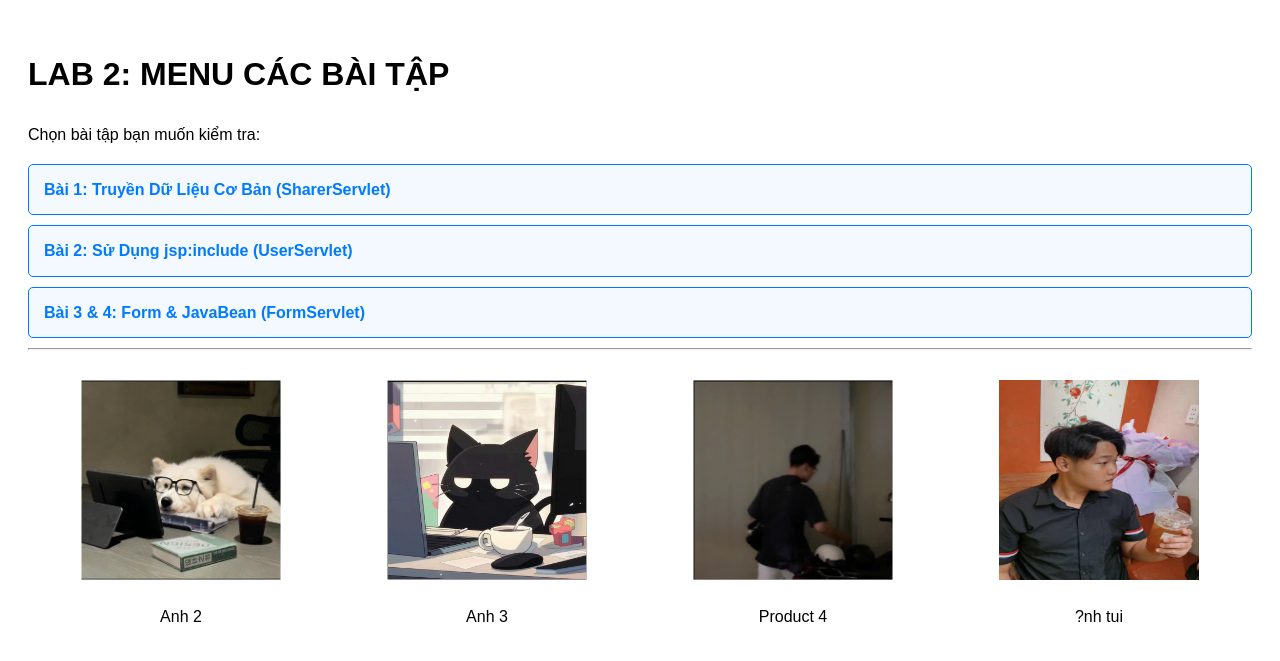
Repository: anhb287/Lab1_8_JAV101
Page: http://localhost/Lab2_TV00062_JAV101/index.jsp
An editor plug-in stored every save of this project. The page is shown before and after the next save, followed by the edit.
The browser window is 1280 px wide. The pictures show the whole page.
The page is served by Tomcat 10.

Above is the page before, as saved 2025-11-10 17:51:18.

After the next save:
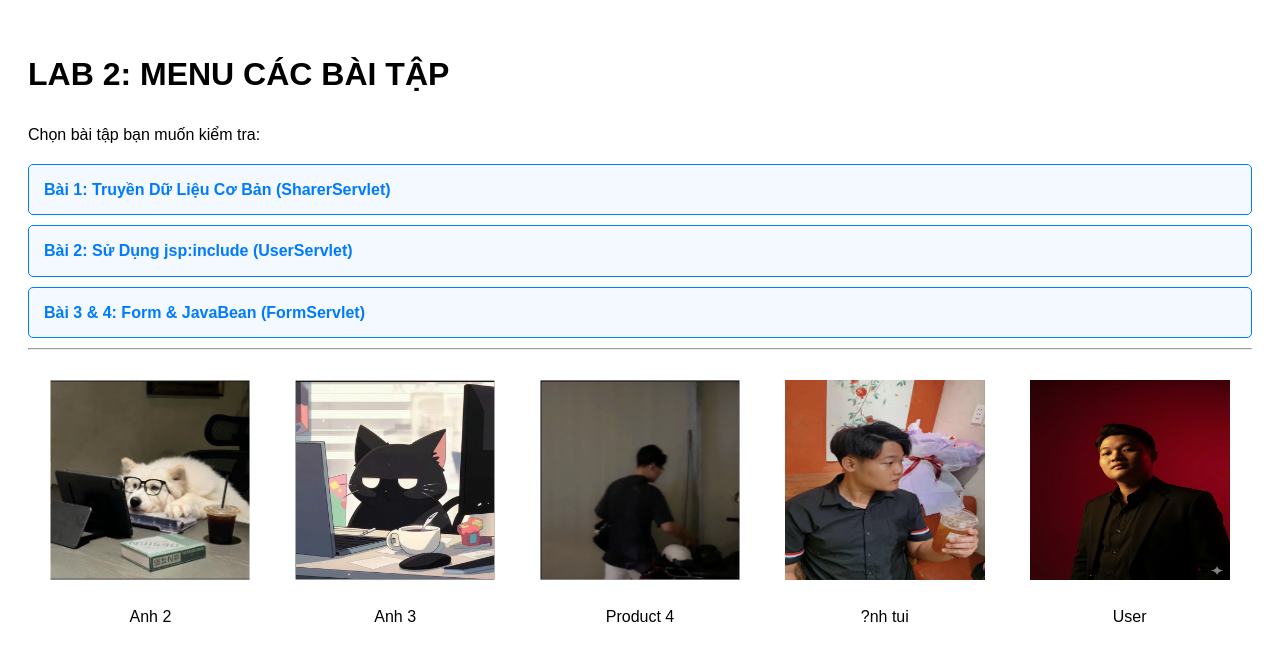
Saved 64 s later.
--- a/Lab2_TV00062_JAV101/src/main/webapp/index.jsp
+++ b/Lab2_TV00062_JAV101/src/main/webapp/index.jsp
@@ -67,6 +67,14 @@
             <jsp:param name="img" value="anh7.jpg"/>
         </jsp:include>
     </div>
+     <div class="item">
+        <jsp:include page="item.jsp">
+            <jsp:param name="name" value="User"/>
+            <jsp:param name="img" value="anh8.jpg"/>
+        </jsp:include>
+    </div>
+
+
    </div>
 </body>
 </html>
